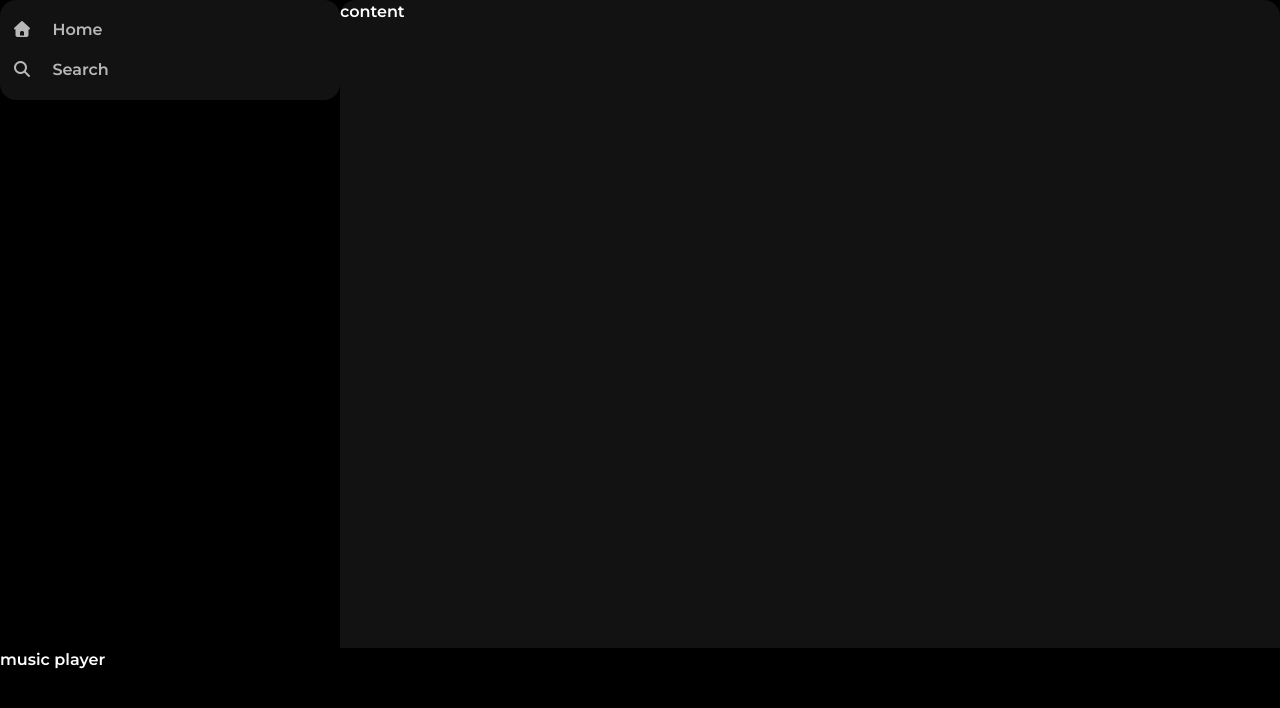
Repository: ketanBisht/spotifyFrontEnd
Page: index.html
An editor plug-in stored every save of this project. The page is shown before and after the next save, followed by the edit.
The browser window is 1280 px wide. The pictures show the whole page.
Some web fonts or font styles are not loaded; a fallback is used. Some web libraries are served in a nearby version.

Above is the page before, as saved 2025-08-17 21:01:40.

### index.html
<!DOCTYPE html>
<html lang="en">
<head>
    <meta charset="UTF-8">
    <meta name="viewport" content="width=device-width, initial-scale=1.0">
    <link rel="stylesheet" href="https://cdnjs.cloudflare.com/ajax/libs/font-awesome/7.0.0/css/all.min.css" integrity="sha512-DxV+EoADOkOygM4IR9yXP8Sb2qwgidEmeqAEmDKIOfPRQZOWbXCzLC6vjbZyy0vPisbH2SyW27+ddLVCN+OMzQ==" crossorigin="anonymous" referrerpolicy="no-referrer" />
    <link href="https://cdn.jsdelivr.net/npm/bootstrap@5.3.7/dist/css/bootstrap.min.css" rel="stylesheet" integrity="sha384-LN+7fdVzj6u52u30Kp6M/trliBMCMKTyK833zpbD+pXdCLuTusPj697FH4R/5mcr" crossorigin="anonymous">
    <link rel="stylesheet" href="style.css">
    <link rel="icon" href="./assets/logo.png">
    <title> front end clone</title>
    <link rel="preconnect" href="https://fonts.googleapis.com">
    <link rel="preconnect" href="https://fonts.gstatic.com" crossorigin>
    <link href="https://fonts.googleapis.com/css2?family=Fira+Code:wght@300..700&family=IBM+Plex+Serif:ital,wght@0,100;0,200;0,300;0,400;0,500;0,600;0,700;1,100;1,200;1,300;1,400;1,500;1,600;1,700&family=Libertinus+Serif:ital,wght@0,400;0,600;0,700;1,400;1,600;1,700&family=Montserrat:ital,wght@0,100..900;1,100..900&family=Mukta:wght@200;300;400;500;600;700;800&family=Open+Sans:ital,wght@0,300..800;1,300..800&display=swap" rel="stylesheet">

</head>
<body>
    <div class="main">
        <div class="sideBar">
            <div class="nav">
                <div class="navOption">
                    <i class="fa-solid fa-house"></i>
                    <a href="">Home</a>
                </div>
                <div class="navOption">
                    <i class="fa-solid fa-magnifying-glass"></i>
                    <a href="">Search</a>
                </div>
            </div>
            <div class="library"></div>
        </div>
        <div class="mainContent">content</div>
        <div class="player">music player</div>
    </div>



    <script src="https://cdn.jsdelivr.net/npm/bootstrap@5.3.7/dist/js/bootstrap.bundle.min.js" integrity="sha384-ndDqU0Gzau9qJ1lfW4pNLlhNTkCfHzAVBReH9diLvGRem5+R9g2FzA8ZGN954O5Q" crossorigin="anonymous"></script>
</body>
</html>

### style.css
body{
  font-family: "Montserrat", sans-serif;
  font-optical-sizing: auto;
  font-weight: 512;
  font-style: normal;
  background-color: black;
  color: white;
  overflow: hidden;
}

.main{
    display: flex;
    height: 100vh;
}

.sideBar{
    width: 340px;
    border-radius: 1rem;
    -webkit-border-radius: 1rem;
    -moz-border-radius: 1rem;
    -ms-border-radius: 1rem;
    -o-border-radius: 1rem;
}

.mainContent{
    flex: 1;
    border-radius: 1rem;
    -webkit-border-radius: 1rem;
    -moz-border-radius: 1rem;
    -ms-border-radius: 1rem;
    -o-border-radius: 1rem;
    overflow: auto;
    background-color: #121212;
}

.player{
    position: fixed;
    bottom:0;
    width: 100%;
    height: 72px;
    background-color: black;
}
a{
    text-decoration: none;
    color: white;
}

.nav{
    background-color: #121212;
    border-radius: 1rem;
    -webkit-border-radius: 1rem;
    -moz-border-radius: 1rem;
    -ms-border-radius: 1rem;
    -o-border-radius: 1rem;
    display: flex;
    flex-direction: column;
    justify-content: center;
    height: 100px;
    padding: 0.5rem 0.75rem;
}
.navOption{
    line-height: 2.5rem;
    opacity: 0.7;
    padding: 0.5erm;
}

.navOption:hover{
    opacity: 1;
}

.navOption i{
    font: size 1.25rem;
}

.navOption a{
    font-size: 1rem;
    margin-left: 1rem;

}

After the next save:
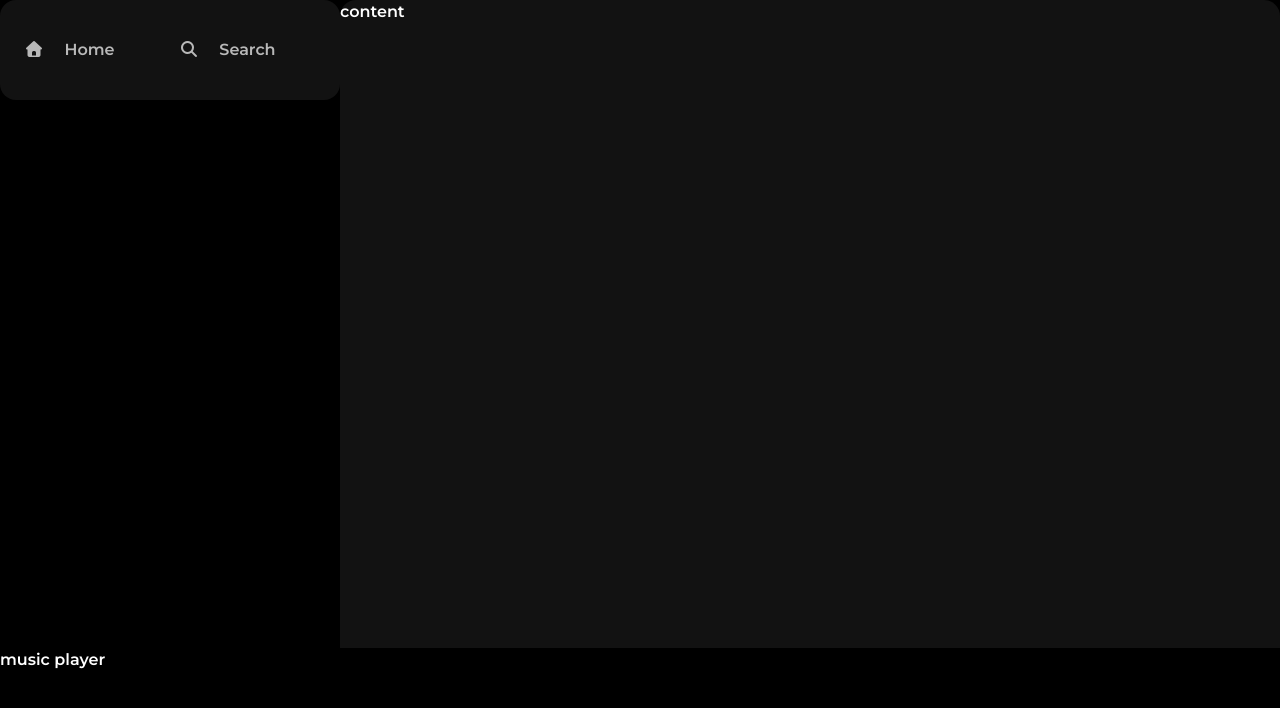
Saved 5 s later.
--- a/style.css
+++ b/style.css
@@ -61,7 +61,7 @@
 .navOption{
     line-height: 2.5rem;
     opacity: 0.7;
-    padding: 0.5erm;
+    padding: 0.5rem 0.75rem;
 }
 
 .navOption:hover{

After the save that followed:
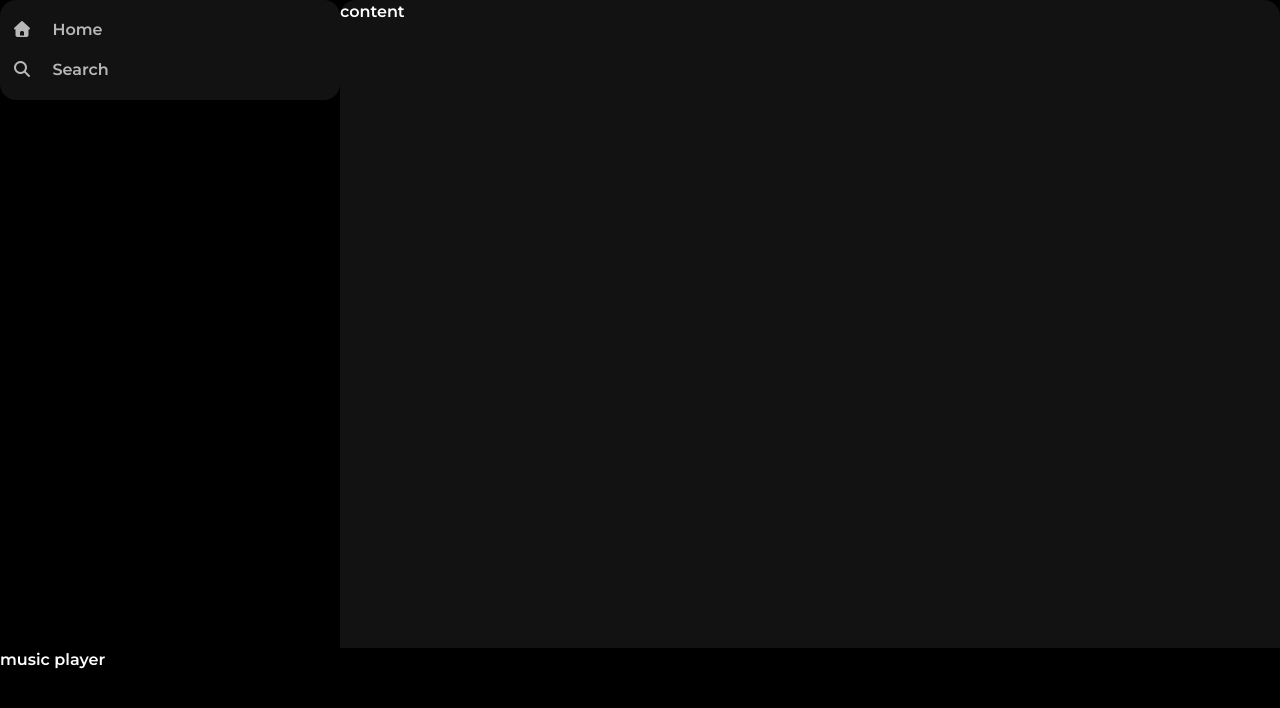
Saved 70 s later.
--- a/style.css
+++ b/style.css
@@ -61,7 +61,7 @@
 .navOption{
     line-height: 2.5rem;
     opacity: 0.7;
-    padding: 0.5rem 0.75rem;
+
 }
 
 .navOption:hover{
